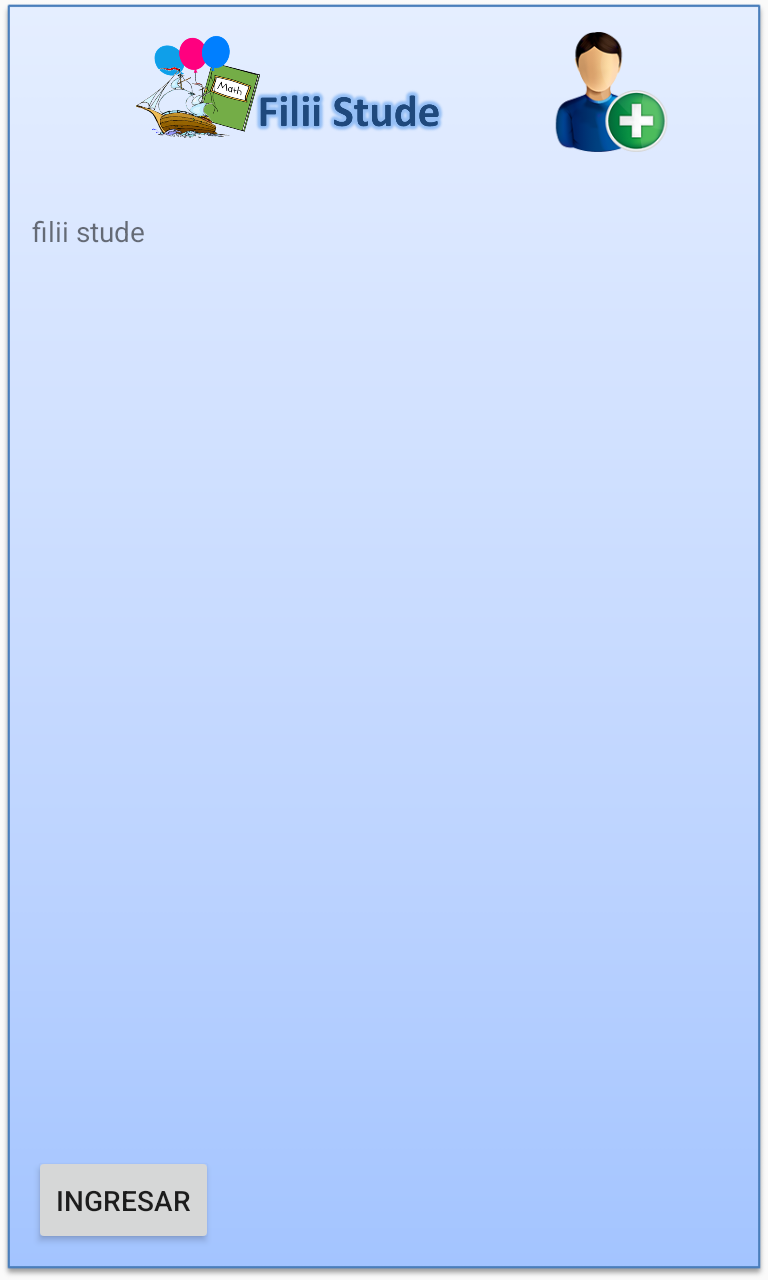
Repository: AntonioloNeviani/ProyectoDeInvestigacion_Android
Layout: FiliiStude/res/layout/activity_main.xml
An editor plug-in stored every save of this project. The layout is shown before and after the next save, followed by the edit.
It is drawn on a 768 x 1280 px phone screen (xhdpi) without system bars, with theme AppTheme; the app's code is not run. Lists and similar views that code fills are empty.

Above is the layout before, as saved 2015-05-26 17:00:58.

### FiliiStude/res/layout/activity_main.xml
<RelativeLayout xmlns:android="http://schemas.android.com/apk/res/android"
    xmlns:tools="http://schemas.android.com/tools"
    android:layout_width="match_parent"
    android:layout_height="match_parent"
    android:background="@drawable/imagen1"
    android:onClick="onClick"
    android:paddingBottom="@dimen/activity_vertical_margin"
    android:paddingLeft="@dimen/activity_horizontal_margin"
    android:paddingRight="@dimen/activity_horizontal_margin"
    android:paddingTop="@dimen/activity_vertical_margin"
    tools:context="com.filii.filiistude.MainActivity" >

    <LinearLayout
        android:layout_width="wrap_content"
        android:layout_height="wrap_content"
        android:layout_alignParentBottom="true"
        android:layout_alignParentLeft="true"
        android:layout_alignParentRight="true"
        android:layout_alignParentTop="true"
        android:orientation="vertical" >

        <LinearLayout
            android:layout_width="match_parent"
            android:layout_height="wrap_content"
            android:layout_weight="0.93"
            android:orientation="vertical" >

            <LinearLayout
                android:layout_width="match_parent"
                android:layout_height="wrap_content"
                android:layout_weight="0.93" >

                <ImageView
                    android:id="@+id/imageView1"
                    android:layout_width="260dp"
                    android:layout_height="60dp"
                    android:src="@drawable/logo2" />

                <ImageButton
                    android:id="@+id/button1"
                    android:layout_width="60dp"
                    android:layout_height="60dp"
                    android:background="@drawable/user_add"
                    android:onClick="onClick" />

            </LinearLayout>

            <TextView
                android:layout_width="match_parent"
                android:layout_height="wrap_content"
                android:text="filii stude" />

            <ListView
                android:id="@+id/listView1"
                android:layout_width="match_parent"
                android:layout_height="wrap_content"
                android:layout_weight="13.79">
            </ListView>
        </LinearLayout>

        <LinearLayout
            android:layout_width="match_parent"
            android:layout_height="wrap_content" >


            <Button
                android:id="@+id/button2"
                android:layout_width="wrap_content"
                android:layout_height="wrap_content"
                android:onClick="onClick"
                android:text="Ingresar" />

        </LinearLayout>
    </LinearLayout>

</RelativeLayout>

Loaded but not shown: FiliiStude/res/values/styles.xml (common file); FiliiStude/res/values-v11/styles.xml (common file); FiliiStude/res/values-v14/styles.xml (common file); FiliiStude/res/values/dimens.xml (common file); FiliiStude/res/values-w820dp/dimens.xml (common file)

After the next save:
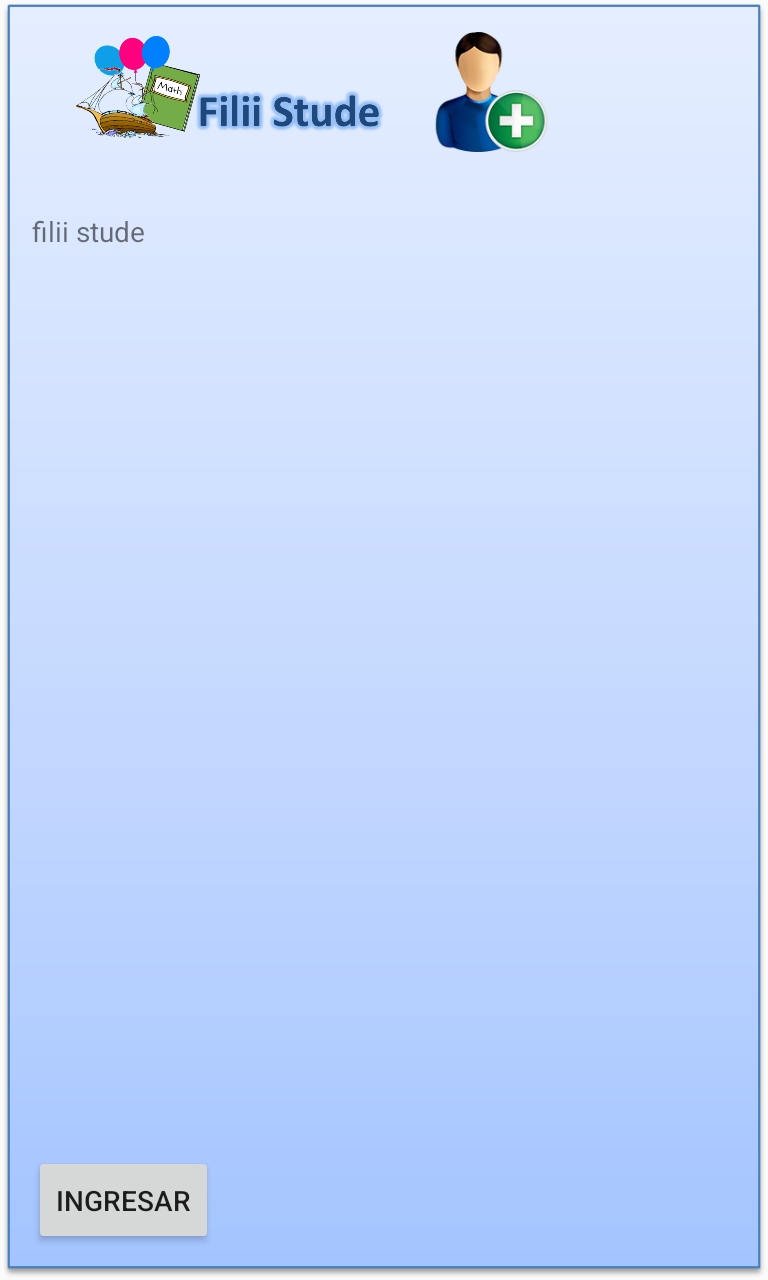
Saved 12 s later.
--- a/FiliiStude/res/layout/activity_main.xml
+++ b/FiliiStude/res/layout/activity_main.xml
@@ -32,7 +32,7 @@
 
                 <ImageView
                     android:id="@+id/imageView1"
-                    android:layout_width="260dp"
+                    android:layout_width="200dp"
                     android:layout_height="60dp"
                     android:src="@drawable/logo2" />
 
